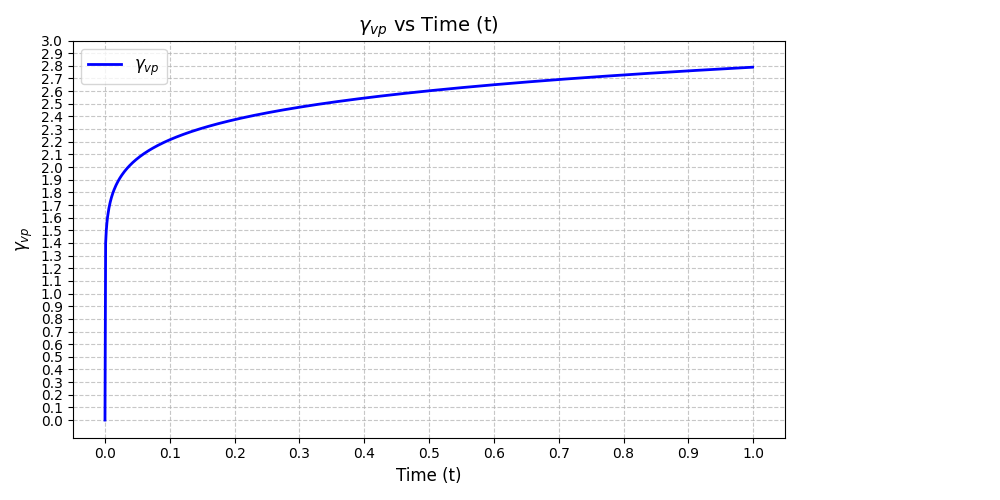
Repository: ajacquey/beaver
Script's output: python examples/viscoelasticity/Lemaitre/Lemaitre_analytical/Lemaitre_analytical.py
These files come from the project's save history. The script's output is drawn as it stood at one moment and after the next save; the edit follows.
Random numbers start from a fixed seed.

Above is the script's output before, as saved 2025-05-28 17:45:46.

### examples/viscoelasticity/Lemaitre/Lemaitre_analytical/Lemaitre_analytical.py
import numpy as np
import matplotlib.pyplot as plt
from openpyxl import Workbook

def calculate_gamma_vp(t, A_r=1, T_r=289, T=289, q=2, A_2=1, alpha=0.1, beta=1.48):
    """Calculate the analytical solution for gamma_vp"""
    exponent = A_r * ((1 / T_r) - (1 / T))
    numerator = alpha * np.exp(exponent)
    denominator = alpha
    first_term = (numerator / denominator) ** alpha
    second_term = (q / A_2) ** beta
    return first_term * second_term * (t ** alpha)

# Time range from 0 to 1 with step 0.1
t_values = np.arange(0, 1.0, 0.001)

# Calculate gamma_vp for each time point
gamma_vp_values = [calculate_gamma_vp(t) for t in t_values]

# --- Save to Excel ---
wb = Workbook()
ws = wb.active
ws.title = "Gamma_vp Results"
ws.append(["Time (t)", "Gamma_vp"])
for t, gamma in zip(t_values, gamma_vp_values):
    ws.append([t, gamma])
wb.save("gamma_vp_results.csv")

# --- Create Plot ---
plt.figure(figsize=(8, 5))
plt.plot(t_values, gamma_vp_values, 'b-', linewidth=2)
plt.legend([r'$\gamma_{vp}$'], loc='upper left', fontsize=12)
plt.title(r'$\gamma_{vp}$ vs Time (t)', fontsize=14)
plt.xlabel('Time (t)', fontsize=12)
plt.ylabel(r'$\gamma_{vp}$', fontsize=12)
plt.grid(True, linestyle='--', alpha=0.7)
plt.xticks(np.arange(0, 1.1, 0.1))
plt.yticks(np.arange(0, 3.1, 0.1))
plt.tight_layout()

# Save and show plot
plt.savefig('gamma_vp_plot.png', dpi=300)
plt.show()

print("Results saved to:")
print("- Excel file: 'gamma_vp_results.xlsx'")
print("- Plot: 'gamma_vp_plot.png'")

After the next save:
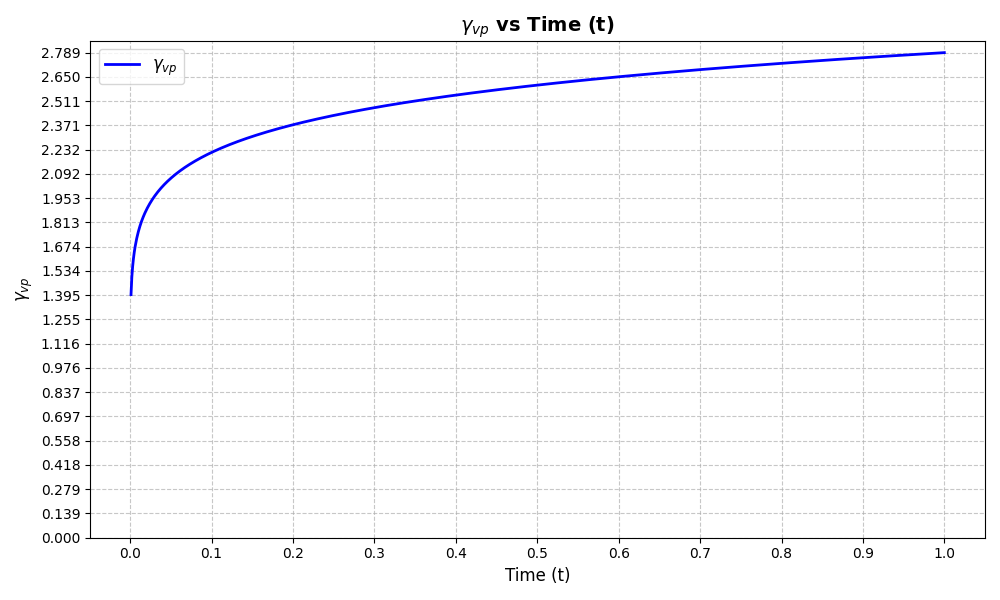
Saved 3 min 4 s later.
--- a/examples/viscoelasticity/Lemaitre/Lemaitre_analytical/Lemaitre_analytical.py
+++ b/examples/viscoelasticity/Lemaitre/Lemaitre_analytical/Lemaitre_analytical.py
@@ -1,9 +1,35 @@
 import numpy as np
 import matplotlib.pyplot as plt
-from openpyxl import Workbook
+import csv
 
 def calculate_gamma_vp(t, A_r=1, T_r=289, T=289, q=2, A_2=1, alpha=0.1, beta=1.48):
-    """Calculate the analytical solution for gamma_vp"""
+    """
+    Calculate the analytical solution for gamma_vp
+
+    Parameters:
+    -----------
+    t : float or array
+        Time values
+    A_r : float, default=1
+        Arrhenius constant
+    T_r : float, default=289
+        Reference temperature
+    T : float, default=289
+        Current temperature
+    q : float, default=2
+        Flow rate parameter
+    A_2 : float, default=1
+        Area parameter
+    alpha : float, default=0.1
+        Alpha exponent
+    beta : float, default=1.48
+        Beta exponent
+
+    Returns:
+    --------
+    float or array
+        Calculated gamma_vp values
+    """
     exponent = A_r * ((1 / T_r) - (1 / T))
     numerator = alpha * np.exp(exponent)
     denominator = alpha
@@ -11,37 +37,58 @@
     second_term = (q / A_2) ** beta
     return first_term * second_term * (t ** alpha)
 
-# Time range from 0 to 1 with step 0.1
-t_values = np.arange(0, 1.0, 0.001)
+def save_to_csv(t_values, gamma_vp_values, filename="gamma_vp_results.csv"):
+    """Save results to CSV file"""
+    with open(filename, 'w', newline='', encoding='utf-8') as csvfile:
+        writer = csv.writer(csvfile)
+        # Write header
+        writer.writerow(["Time (t)", "Gamma_vp"])
+        # Write data
+        for t, gamma in zip(t_values, gamma_vp_values):
+            writer.writerow([t, gamma])
+    print(f"Data successfully saved to {filename}")
 
-# Calculate gamma_vp for each time point
-gamma_vp_values = [calculate_gamma_vp(t) for t in t_values]
+def create_plot(t_values, gamma_vp_values, save_filename="gamma_vp_plot.png"):
+    """Create and save the plot"""
+    plt.figure(figsize=(10, 6))
+    plt.plot(t_values, gamma_vp_values, 'b-', linewidth=2, label=r'$\gamma_{vp}$')
+    plt.legend(loc='upper left', fontsize=12)
+    plt.title(r'$\gamma_{vp}$ vs Time (t)', fontsize=14, fontweight='bold')
+    plt.xlabel('Time (t)', fontsize=12)
+    plt.ylabel(r'$\gamma_{vp}$', fontsize=12)
+    plt.grid(True, linestyle='--', alpha=0.7)
+    plt.xticks(np.arange(0, 1.1, 0.1))
 
-# --- Save to Excel ---
-wb = Workbook()
-ws = wb.active
-ws.title = "Gamma_vp Results"
-ws.append(["Time (t)", "Gamma_vp"])
-for t, gamma in zip(t_values, gamma_vp_values):
-    ws.append([t, gamma])
-wb.save("gamma_vp_results.csv")
+    # Dynamic y-axis scaling based on data
+    y_max = max(gamma_vp_values)
+    y_step = max(0.1, y_max / 20)  # Adaptive step size
+    plt.yticks(np.arange(0, y_max + y_step, y_step))
 
-# --- Create Plot ---
-plt.figure(figsize=(8, 5))
-plt.plot(t_values, gamma_vp_values, 'b-', linewidth=2)
-plt.legend([r'$\gamma_{vp}$'], loc='upper left', fontsize=12)
-plt.title(r'$\gamma_{vp}$ vs Time (t)', fontsize=14)
-plt.xlabel('Time (t)', fontsize=12)
-plt.ylabel(r'$\gamma_{vp}$', fontsize=12)
-plt.grid(True, linestyle='--', alpha=0.7)
-plt.xticks(np.arange(0, 1.1, 0.1))
-plt.yticks(np.arange(0, 3.1, 0.1))
-plt.tight_layout()
+    plt.tight_layout()
+    plt.savefig(save_filename, dpi=300, bbox_inches='tight')
+    print(f"Plot saved to {save_filename}")
+    plt.show()
 
-# Save and show plot
-plt.savefig('gamma_vp_plot.png', dpi=300)
-plt.show()
+def main():
+    """Main execution function"""
+    # Time range from 0 to 1 with step 0.001
+    t_values = np.arange(0.001, 1.001, 0.001)  # Start from 0.001 to avoid t=0 issues
 
-print("Results saved to:")
-print("- Excel file: 'gamma_vp_results.xlsx'")
-print("- Plot: 'gamma_vp_plot.png'")
+    # Calculate gamma_vp for each time point (vectorized for better performance)
+    gamma_vp_values = calculate_gamma_vp(t_values)
+
+    # Save results to CSV
+    save_to_csv(t_values, gamma_vp_values)
+
+    # Create and save plot
+    create_plot(t_values, gamma_vp_values)
+
+    # Print summary statistics
+    print(f"\nSummary Statistics:")
+    print(f"- Number of data points: {len(t_values)}")
+    print(f"- Time range: {t_values[0]:.3f} to {t_values[-1]:.3f}")
+    print(f"- Gamma_vp range: {min(gamma_vp_values):.6f} to {max(gamma_vp_values):.6f}")
+    print(f"- Mean gamma_vp: {np.mean(gamma_vp_values):.6f}")
+
+if __name__ == "__main__":
+    main()

After the save that followed:
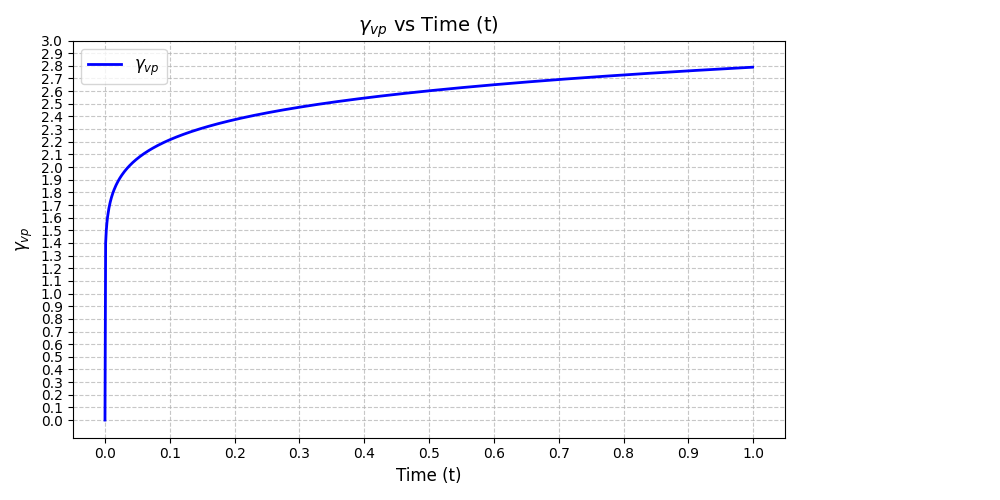
Saved 40 s later.
--- a/examples/viscoelasticity/Lemaitre/Lemaitre_analytical/Lemaitre_analytical.py
+++ b/examples/viscoelasticity/Lemaitre/Lemaitre_analytical/Lemaitre_analytical.py
@@ -1,35 +1,9 @@
 import numpy as np
 import matplotlib.pyplot as plt
-import csv
+from openpyxl import Workbook
 
 def calculate_gamma_vp(t, A_r=1, T_r=289, T=289, q=2, A_2=1, alpha=0.1, beta=1.48):
-    """
-    Calculate the analytical solution for gamma_vp
-
-    Parameters:
-    -----------
-    t : float or array
-        Time values
-    A_r : float, default=1
-        Arrhenius constant
-    T_r : float, default=289
-        Reference temperature
-    T : float, default=289
-        Current temperature
-    q : float, default=2
-        Flow rate parameter
-    A_2 : float, default=1
-        Area parameter
-    alpha : float, default=0.1
-        Alpha exponent
-    beta : float, default=1.48
-        Beta exponent
-
-    Returns:
-    --------
-    float or array
-        Calculated gamma_vp values
-    """
+    """Calculate the analytical solution for gamma_vp"""
     exponent = A_r * ((1 / T_r) - (1 / T))
     numerator = alpha * np.exp(exponent)
     denominator = alpha
@@ -37,58 +11,37 @@
     second_term = (q / A_2) ** beta
     return first_term * second_term * (t ** alpha)
 
-def save_to_csv(t_values, gamma_vp_values, filename="gamma_vp_results.csv"):
-    """Save results to CSV file"""
-    with open(filename, 'w', newline='', encoding='utf-8') as csvfile:
-        writer = csv.writer(csvfile)
-        # Write header
-        writer.writerow(["Time (t)", "Gamma_vp"])
-        # Write data
-        for t, gamma in zip(t_values, gamma_vp_values):
-            writer.writerow([t, gamma])
-    print(f"Data successfully saved to {filename}")
+# Time range from 0 to 1 with step 0.1
+t_values = np.arange(0, 1.0, 0.001)
 
-def create_plot(t_values, gamma_vp_values, save_filename="gamma_vp_plot.png"):
-    """Create and save the plot"""
-    plt.figure(figsize=(10, 6))
-    plt.plot(t_values, gamma_vp_values, 'b-', linewidth=2, label=r'$\gamma_{vp}$')
-    plt.legend(loc='upper left', fontsize=12)
-    plt.title(r'$\gamma_{vp}$ vs Time (t)', fontsize=14, fontweight='bold')
-    plt.xlabel('Time (t)', fontsize=12)
-    plt.ylabel(r'$\gamma_{vp}$', fontsize=12)
-    plt.grid(True, linestyle='--', alpha=0.7)
-    plt.xticks(np.arange(0, 1.1, 0.1))
+# Calculate gamma_vp for each time point
+gamma_vp_values = [calculate_gamma_vp(t) for t in t_values]
 
-    # Dynamic y-axis scaling based on data
-    y_max = max(gamma_vp_values)
-    y_step = max(0.1, y_max / 20)  # Adaptive step size
-    plt.yticks(np.arange(0, y_max + y_step, y_step))
+# --- Save to Excel ---
+wb = Workbook()
+ws = wb.active
+ws.title = "Gamma_vp Results"
+ws.append(["Time (t)", "Gamma_vp"])
+for t, gamma in zip(t_values, gamma_vp_values):
+    ws.append([t, gamma])
+wb.save("gamma_vp_results.csv")
 
-    plt.tight_layout()
-    plt.savefig(save_filename, dpi=300, bbox_inches='tight')
-    print(f"Plot saved to {save_filename}")
-    plt.show()
+# --- Create Plot ---
+plt.figure(figsize=(8, 5))
+plt.plot(t_values, gamma_vp_values, 'b-', linewidth=2)
+plt.legend([r'$\gamma_{vp}$'], loc='upper left', fontsize=12)
+plt.title(r'$\gamma_{vp}$ vs Time (t)', fontsize=14)
+plt.xlabel('Time (t)', fontsize=12)
+plt.ylabel(r'$\gamma_{vp}$', fontsize=12)
+plt.grid(True, linestyle='--', alpha=0.7)
+plt.xticks(np.arange(0, 1.1, 0.1))
+plt.yticks(np.arange(0, 3.1, 0.1))
+plt.tight_layout()
 
-def main():
-    """Main execution function"""
-    # Time range from 0 to 1 with step 0.001
-    t_values = np.arange(0.001, 1.001, 0.001)  # Start from 0.001 to avoid t=0 issues
+# Save and show plot
+plt.savefig('gamma_vp_plot.png', dpi=300)
+plt.show()
 
-    # Calculate gamma_vp for each time point (vectorized for better performance)
-    gamma_vp_values = calculate_gamma_vp(t_values)
-
-    # Save results to CSV
-    save_to_csv(t_values, gamma_vp_values)
-
-    # Create and save plot
-    create_plot(t_values, gamma_vp_values)
-
-    # Print summary statistics
-    print(f"\nSummary Statistics:")
-    print(f"- Number of data points: {len(t_values)}")
-    print(f"- Time range: {t_values[0]:.3f} to {t_values[-1]:.3f}")
-    print(f"- Gamma_vp range: {min(gamma_vp_values):.6f} to {max(gamma_vp_values):.6f}")
-    print(f"- Mean gamma_vp: {np.mean(gamma_vp_values):.6f}")
-
-if __name__ == "__main__":
-    main()
+print("Results saved to:")
+print("- Excel file: 'gamma_vp_results.xlsx'")
+print("- Plot: 'gamma_vp_plot.png'")
